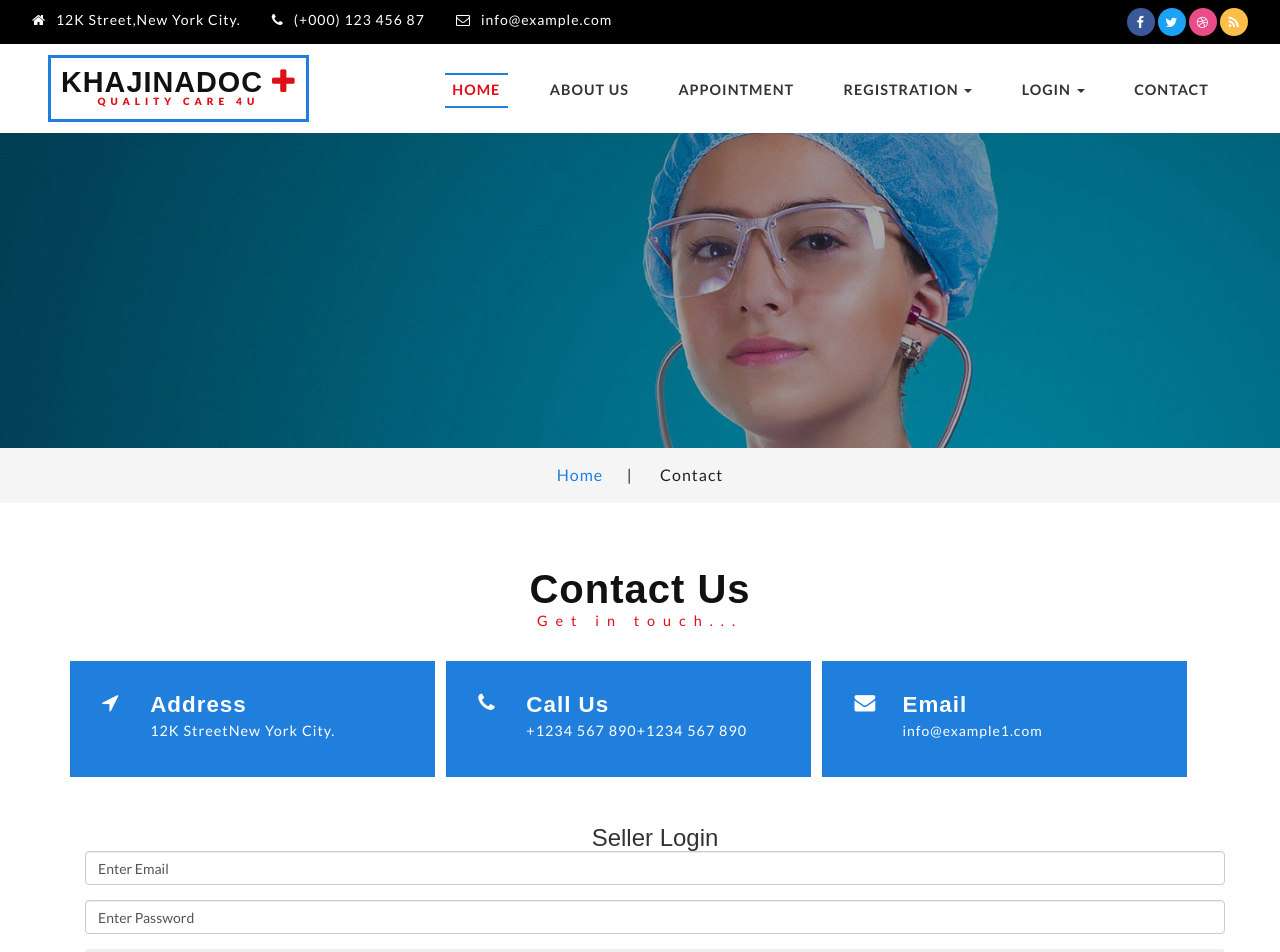
Repository: 72-faisal/work_to_do
Page: http://localhost/Khajina_Doctor/Patient_Login.jsp
These files come from the project's save history. The page is drawn as it stood at one moment and after the next save; the edit follows.
The browser window is 1280 px wide. The pictures show the part of the page from y = 0 to 952 px (the page is 2171 px tall).
Some web fonts or font styles are not loaded; a fallback is used. The page is served by Tomcat 9.

Above is the page before, as saved 2023-04-10 11:17:13.

After the next save:
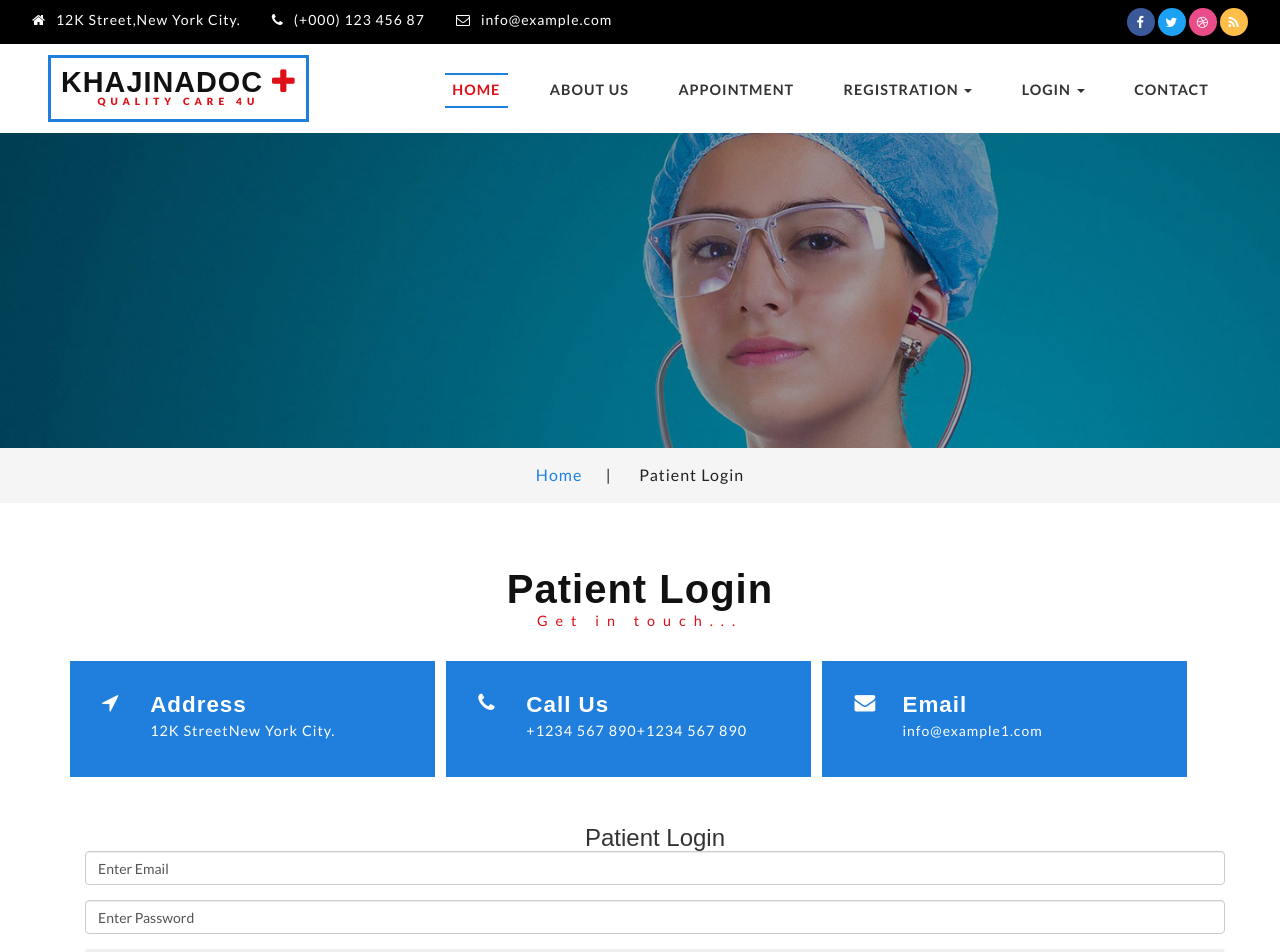
Saved 99 s later.
--- a/Khajina_Doctor/Khajina_Doctor/src/main/webapp/Patient_Login.jsp
+++ b/Khajina_Doctor/Khajina_Doctor/src/main/webapp/Patient_Login.jsp
@@ -107,14 +107,14 @@ Smartphone Compatible web template, free web designs for Nokia, Samsung, LG, Son
 		<div class="container">
 			<ul>
 				<li><a href="index.jsp">Home</a><i>|</i></li>
-				<li>Contact</li>
+				<li>Patient Login</li>
 			</ul>
 		</div>
 	</div>
 <!-- //banner1 -->
 	<div class="banner-bottom" id="about">
 		<div class="container">
-			<h2 class="w3_heade_tittle_agile">Contact Us</h2>
+			<h2 class="w3_heade_tittle_agile">Patient Login</h2>
 		    <p class="sub_t_agileits">Get in touch...</p>
 
            <div class="contact-top-agileits">
@@ -156,7 +156,7 @@ Smartphone Compatible web template, free web designs for Nokia, Samsung, LG, Son
 				 <!--contact -->
       <section class="contact py-lg-4 py-md-3 py-sm-3 py-3">
          <div class="container py-lg-5 py-md-4 py-sm-4 py-3">
-            <h3 class="title text-center mb-lg-5 mb-md-4 mb-sm-4 mb-3">Seller Login</h3>
+            <h3 class="title text-center mb-lg-5 mb-md-4 mb-sm-4 mb-3">Patient Login</h3>
             <div class="contact-list-grid">
 
                <form action="PatientController" method="post">
@@ -173,8 +173,8 @@ Smartphone Compatible web template, free web designs for Nokia, Samsung, LG, Son
                   </div>
 
                </form>
-                <h3 class="title text-center mb-lg-5 mb-md-4 mb-sm-4 mb-3">
-               	<a href="seller-forgetpassword.jsp">Forget Password?></a>
+                <h3 class="text-center mb-lg-5 mb-md-4 mb-sm-4 mb-3">
+               	<a href="patient-forgetpassword.jsp">Forget Password?></a>
                </h3>
             </div>
          </div>
